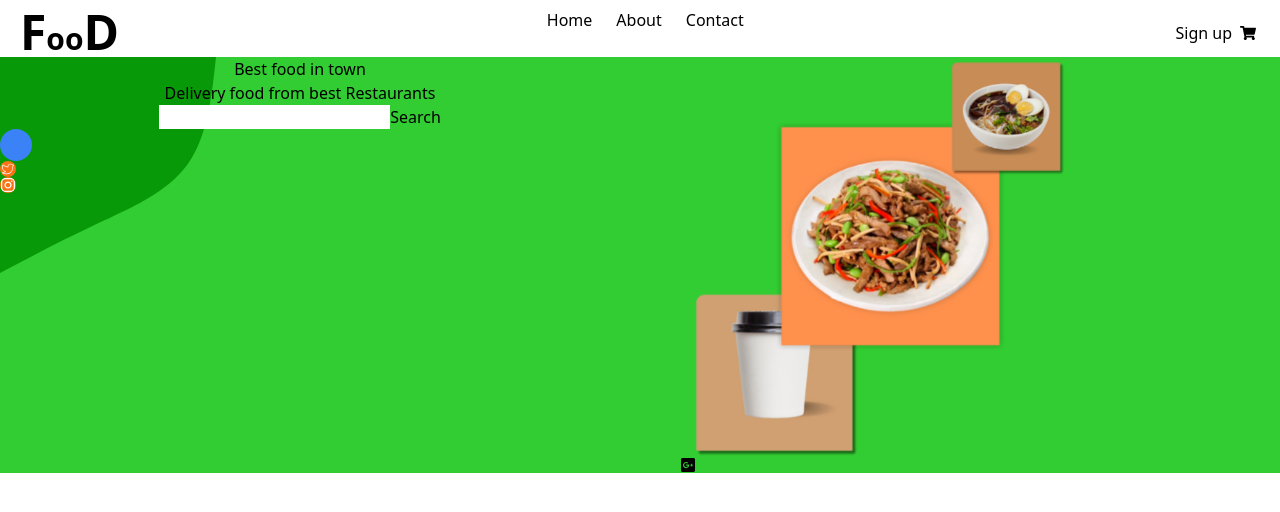
Repository: KhushiCode14/FoodWeb
Page: /
These files come from the project's save history. The page is drawn as it stood at one moment and after the next save; the edit follows.
The browser window is 1280 px wide. The pictures show the whole page.
The project was rebuilt for these pictures with package versions that can differ from the ones it lists, and the page was loaded fresh each time. Also part of the build but not shown: src/components/Home/SignUp.tsx, src/components/Home/SignIn.tsx.

Above is the page before, as saved 2024-09-19 19:32:41.

After the next save:
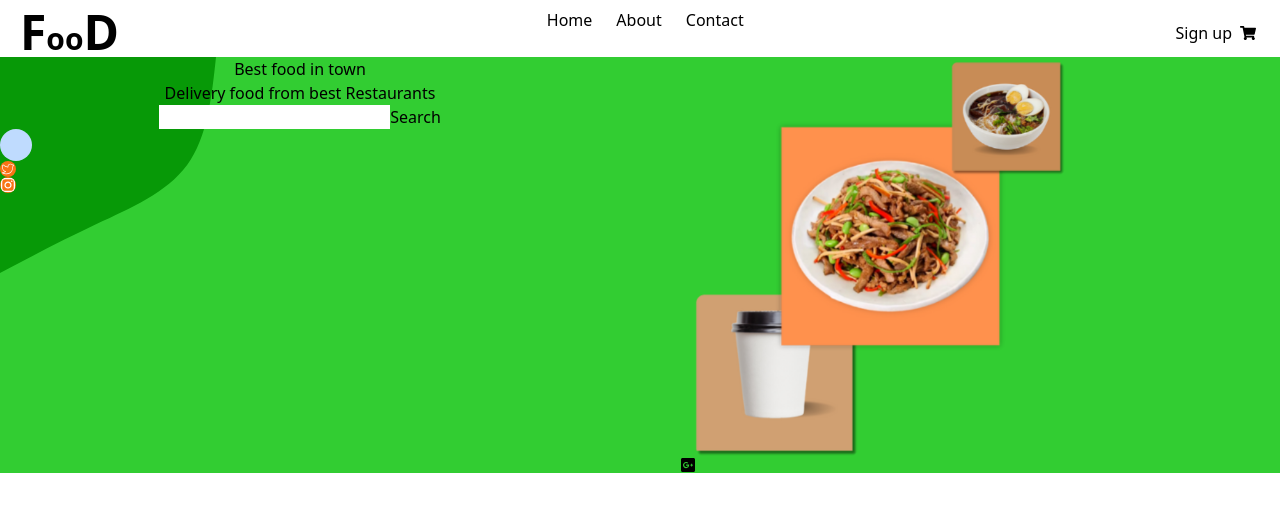
Saved 18 min 27 s later.
--- a/src/Pages/Home.tsx
+++ b/src/Pages/Home.tsx
@@ -14,7 +14,7 @@ const Home: React.FC = () => {
           <input type="text"></input>
           <button>Search</button>
           <div >
-            <FaFacebookF color="white" className="bg-blue-500 text-white p-4 rounded-full font-extrabold"/>
+            <FaFacebookF color="white" className="bg-blue-200 text-white p-4 rounded-full font-extrabold"/>
             < CiTwitter color="white" className="bg-orange-500 rounded-full"/>
             <FaInstagram  color="white" className="bg-orange-500 rounded-full"/>
           </div>
